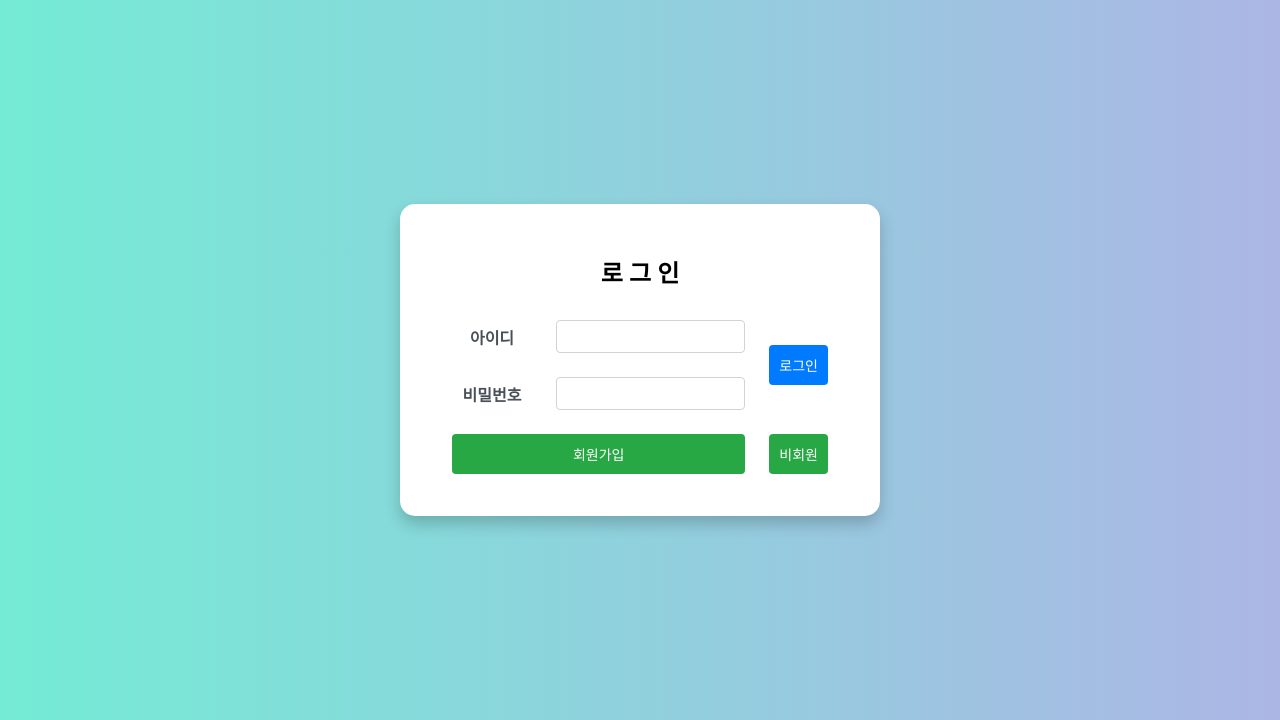
Repository: 1plus1equals3-true/Board-temp
Page: http://localhost/jsp/test/test3.jsp
The author's editor kept a copy of each file at every save. The page is drawn from the files as they stood at one save, then again after the next save.
The browser window is 1280 px wide. The pictures show the whole page.
The page is served by Tomcat 9. Other server files are loaded and not shown.

Above is the page before, as saved 2025-09-10 08:07:28.

### jsp/src/main/webapp/test/test3.jsp
<%@ page language="java" contentType="text/html; charset=UTF-8"
    pageEncoding="UTF-8"%>
<%@ page import="java.util.Date" %>
<%@ page import="java.text.SimpleDateFormat" %>
<!DOCTYPE html>
<html>
<head>
<meta charset="UTF-8">
<title>로그인</title>
<style>
body {
        font-family: 'Segoe UI', Tahoma, Geneva, Verdana, sans-serif;
        background: linear-gradient(to right, #74ebd5, #ACB6E5);
        margin: 0;
        padding: 0;
        display: flex;
        justify-content: center;
        align-items: center;
        height: 100vh;
    }
    form {
        background-color: white;
        padding: 30px 40px;
        border-radius: 15px;
        box-shadow: 0 8px 16px rgba(0,0,0,0.2);
        width: 400px;
        animation: fadeIn 0.8s ease-in-out;
    }
    @keyframes fadeIn {
        from { opacity: 0; transform: translateY(-20px); }
        to { opacity: 1; transform: translateY(0); }
    }
.login-form {
    justify-content: center;
    align-items: center;
    margin: 50px auto;
}

.login-form table {
    width: 100%;
    max-width: 400px;
    border-collapse: collapse;
    background-color: #fff;
    border-radius: 8px;
}

.login-form td {
    padding: 12px;
    text-align: left;
}

.login-form tr td:first-child {
    font-weight: bold;
    color: #495057;
    text-align: center;
    width: 80px;
}

.login-form input[type="text"],
.login-form input[type="password"] {
    width: 100%;
    padding: 8px 10px;
    border: 1px solid #ced4da;
    border-radius: 4px;
    box-sizing: border-box;
}

.login-form input[type="submit"],
.login-form .btn-join {
    width: 100%;
    padding: 10px;
    border: none;
    border-radius: 4px;
    font-size: 14px;
    cursor: pointer;
    transition: background-color 0.3s ease;
    box-sizing: border-box;
}

.login-form input[type="submit"] {
    background-color: #007bff;
    color: white;
    height: 100%;
}

.login-form input[type="submit"]:hover {
    background-color: #0056b3;
}

.login-form .btn-join {
    background-color: #28a745;
    color: white;
}

.login-form .btn-join:hover {
    background-color: #218838;
}

.login-form a {
    text-decoration: none;
    display: block;
    height: 100%;
}
</style>
</head>
<body>



	<form action="Login_proc.jsp" method="post" class="login-form">
		<h2 style="text-align: center;">로 그 인</h2>
		<table>

		<tr>
		<td>아이디</td>
		<td><input type="text" name="loginid"></td>
		<td rowspan="2">
			<input type="submit" value="로그인">
		</td>
		</tr>

		<tr>
		<td>비밀번호</td>
		<td><input type="password" name="loginpass"></td>
		</tr>

		<tr>

		<td colspan="2"><a href="Join.jsp"><button type="button" class="btn-join">회원가입</button></a></td>
		<td><a href="../board/list.jsp"><button type="button" class="btn-join">비회원</button></a></td>

		</tr>

		</table>
	</form>
</body>
</html>

After the next save:
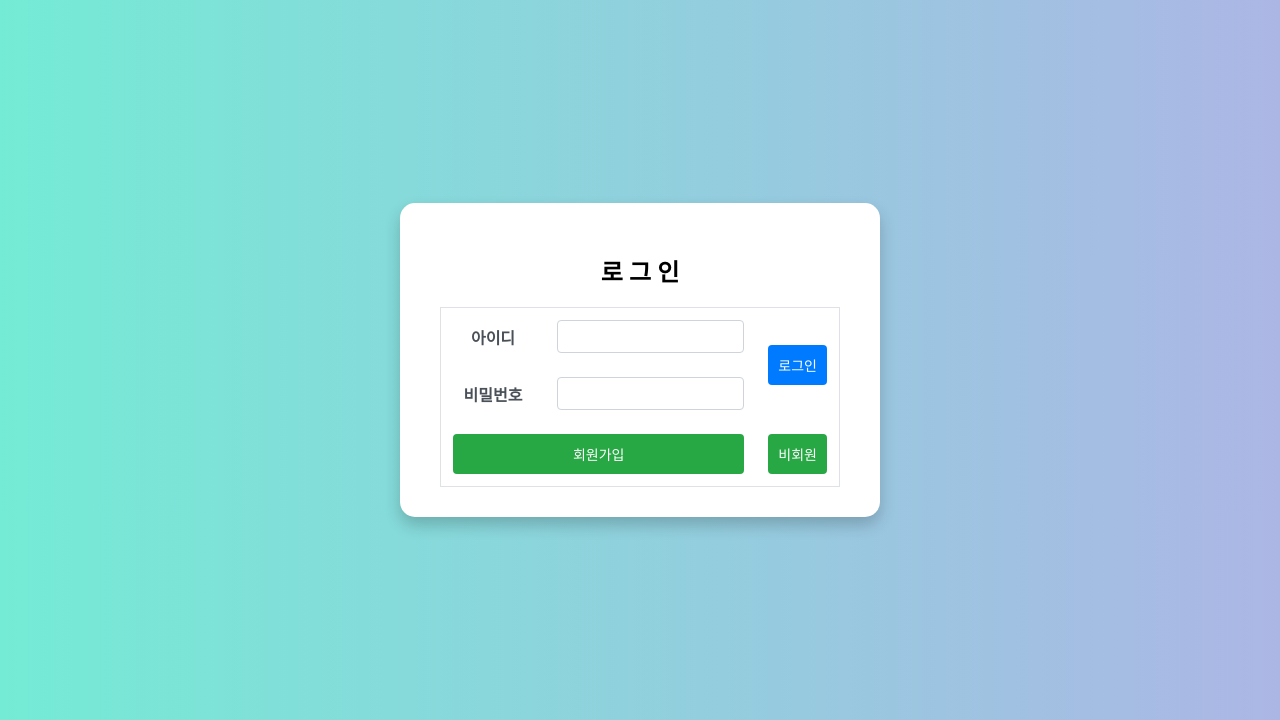
Saved 24 s later.
--- a/jsp/src/main/webapp/test/test3.jsp
+++ b/jsp/src/main/webapp/test/test3.jsp
@@ -41,6 +41,7 @@
     max-width: 400px;
     border-collapse: collapse;
     background-color: #fff;
+    border: 1px solid #dee2e6;
     border-radius: 8px;
 }
 

After the save that followed:
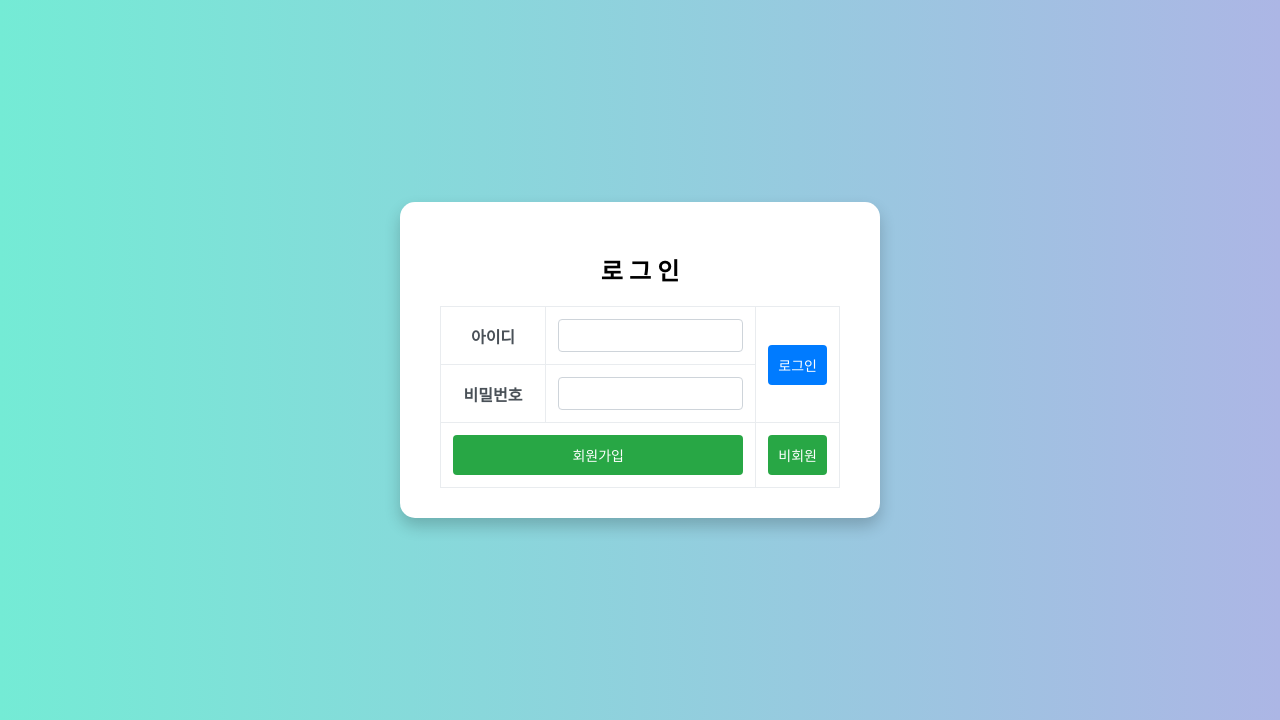
Saved 15 s later.
--- a/jsp/src/main/webapp/test/test3.jsp
+++ b/jsp/src/main/webapp/test/test3.jsp
@@ -47,6 +47,7 @@
 
 .login-form td {
     padding: 12px;
+    border: 1px solid #e9ecef;
     text-align: left;
 }
 
